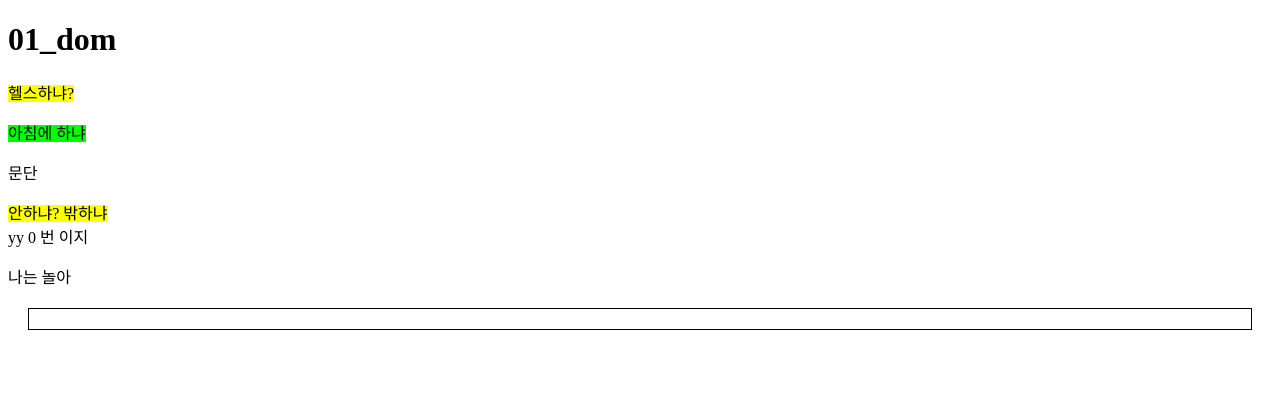
Repository: psun2/Korea-IT-Academy
Page: (back up) _ 오전/study_a/web_work/scriptProj/WebContent/dom/01_dom.html
These files come from the project's save history. The page is drawn as it stood at one moment and after the next save; the edit follows.
The browser window is 1280 px wide. The pictures show the whole page.

Above is the page before, as saved 2020-08-05 00:47:57.

### (back up) _ 오전/study_a/web_work/scriptProj/WebContent/dom/01_dom.html
<!DOCTYPE html>
<html>
<head>
<meta charset="UTF-8">
<title>01_dom</title>
<style>
	#con{
		border: 1px solid #000;
		margin: 20px;
		padding: 10px;
	}

	.box1{
		background: #ff0;
	}

	.box2{
		background: #0f0;
	}
	.box3{
		background: #f0f;
	}

</style>
</head>
<body>
<h1>01_dom</h1>
<span id="a" knn="이정민" class="box1">헬스하냐?</span>
<p>
	<span  id="b" knn="이승원" class="box1">너두하냐?</span>
</p>
<div>
	<p>문단</p>
	<span  id="c" knn="차윤호" class="box1">안하냐?</span>
	<div class="yy" id="c" onn="박성훈" >나두하자</div>
</div>
<p  class="yy" >나는 놀아</p>

<div id="con"></div>
<script>
	var root = document.documentElement

	//console.log(root)
	console.log(root.tagName)

	var bo = document.getElementsByTagName("body")
	console.log(bo.length)
	console.log(bo[0])
	console.log(bo[0].tagName)
	console.log(bo.item(0))
	console.log(bo.item(0).tagName)

	var sp = document.getElementsByTagName("span")
	for (var i = 0; i < sp.length; i++) {
		console.log(sp[i].getAttribute("knn"))
	}

	for (var i = 0; i < sp.length; i++) {
		console.log(sp[i].innerHTML)
	}

	sp[1].setAttribute("knn","송동규")
	sp[1].setAttribute("class","box2")
	sp[1].innerHTML = "아침에 하냐"
	sp[2].innerHTML += " 밖하냐"

	var yy = document.getElementsByClassName("yy")
	for (var i = 0; i < yy.length; i++) {
		console.log("yy["+i+"]"+ yy[i].innerHTML)
	}
	yy[0].innerHTML = "yy 0 번 이지"

	var aa = document.getElementById("a")
	console.log(aa.innerHTML)
	var cc = document.getElementById("c")
	console.log(cc.innerHTML)
	//console.log(cc.length)
	//console.log(cc[0].innerHTML)
</script>

</body>
</html>

After the next save:
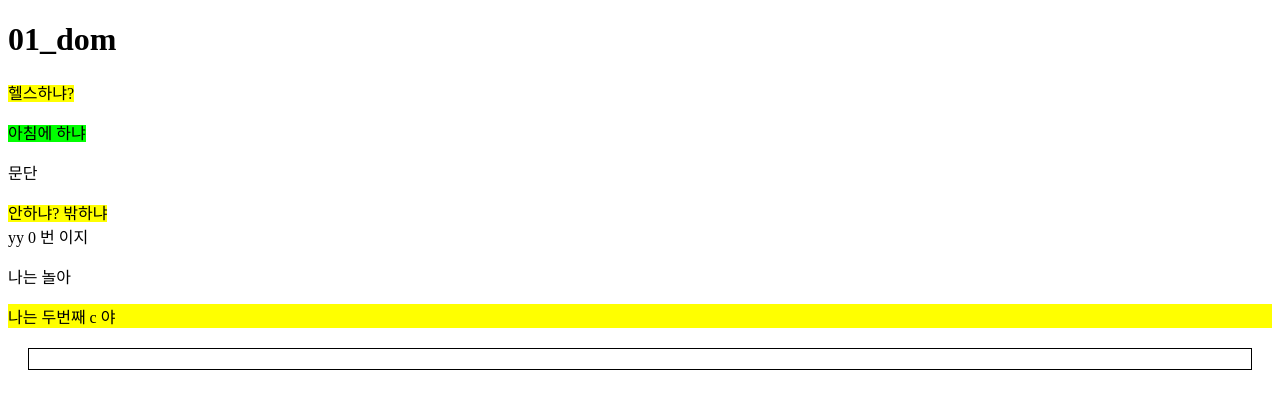
Saved 34 s later.
--- a/(back up) _ 오전/study_a/web_work/scriptProj/WebContent/dom/01_dom.html
+++ b/(back up) _ 오전/study_a/web_work/scriptProj/WebContent/dom/01_dom.html
@@ -32,10 +32,10 @@
 <div>
 	<p>문단</p>
 	<span  id="c" knn="차윤호" class="box1">안하냐?</span>
-	<div class="yy" id="c" onn="박성훈" >나두하자</div>
+	<div class="yy"  onn="박성훈" >나두하자</div>
 </div>
 <p  class="yy" >나는 놀아</p>
-
+<p  class="box1" id="c">나는 두번째 c 야</p>
 <div id="con"></div>
 <script>
 	var root = document.documentElement
